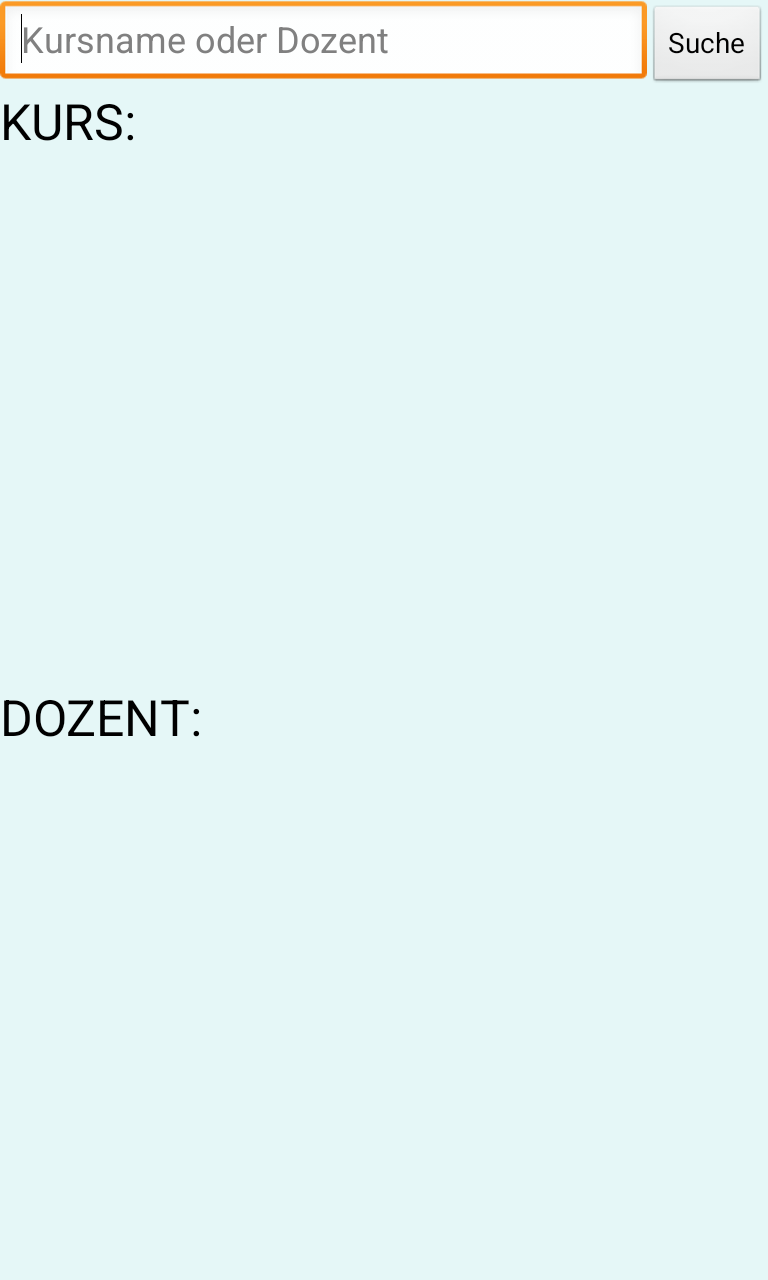
Repository: georgleber/IliConnect
Layout: IliConnect/res/layout/suche_layout.xml
These files come from the project's save history. The layout is drawn as it stood at one moment and after the next save; the edit follows.
It is drawn on a 768 x 1280 px phone screen (xhdpi) without system bars, with theme AppTheme; the app's code is not run. Lists and similar views that code fills are empty.

Above is the layout before, as saved 2012-12-18 23:25:08.

After the next save:
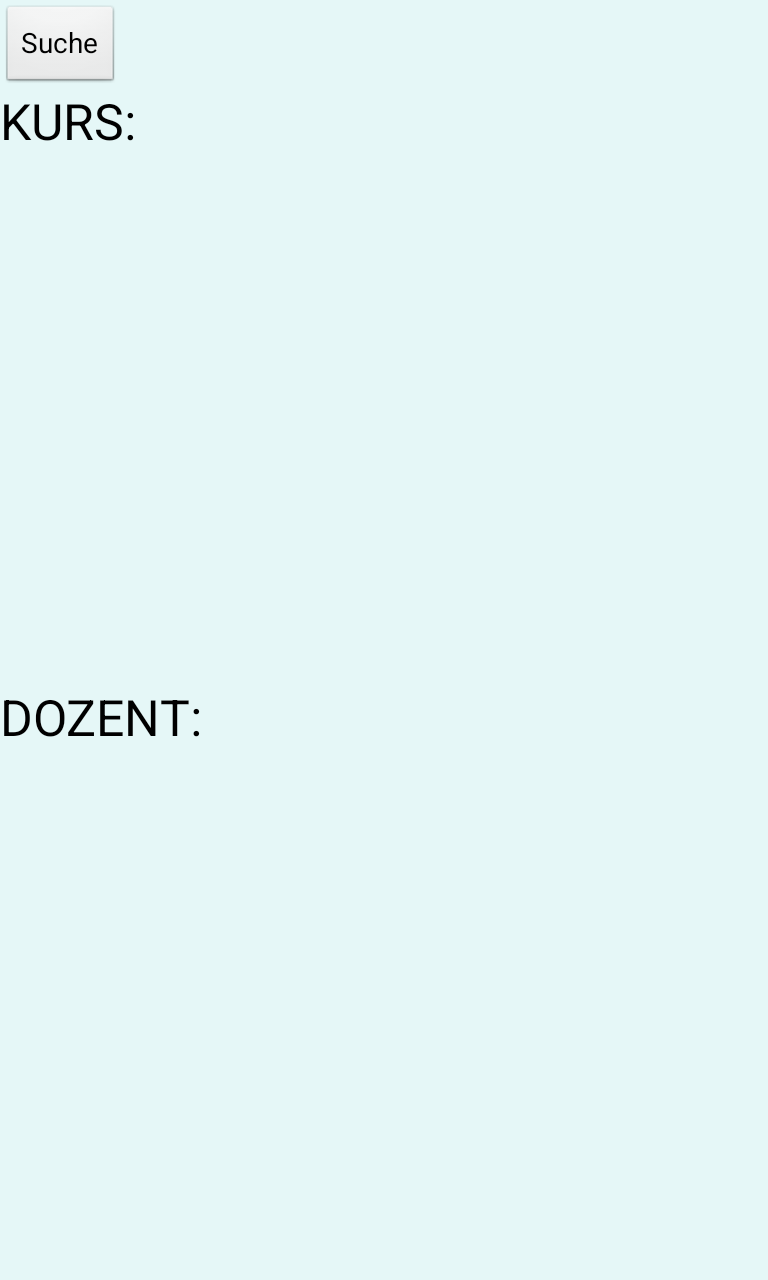
Saved 2 min 19 s later.
--- a/IliConnect/res/layout/suche_layout.xml
+++ b/IliConnect/res/layout/suche_layout.xml
@@ -15,7 +15,7 @@
             android:id="@+id/editText1"
             android:layout_width="0dp"
             android:layout_height="wrap_content"
-            android:layout_weight="1.51"
+
             android:ems="10"
             android:hint="@string/search_string"
             android:singleLine="true" >
@@ -39,7 +39,7 @@
         <LinearLayout
             android:layout_width="wrap_content"
             android:layout_height="wrap_content"
-            android:layout_weight="0.3"
+            android:layout_weight="0.5"
             android:orientation="vertical" >
 
             <TextView
@@ -54,7 +54,7 @@
                 android:id="@+id/kurs_list"
                 style="@style/ListView"
                 android:layout_width="fill_parent"
-                android:layout_height="match_parent" >
+                android:layout_height="fill_parent" >
 
             </ListView>
         </LinearLayout>
@@ -62,7 +62,7 @@
         <LinearLayout
             android:layout_width="wrap_content"
             android:layout_height="wrap_content"
-            android:layout_weight="0.3"
+            android:layout_weight="0.5"
             android:orientation="vertical" >
 
             <TextView

After the save that followed:
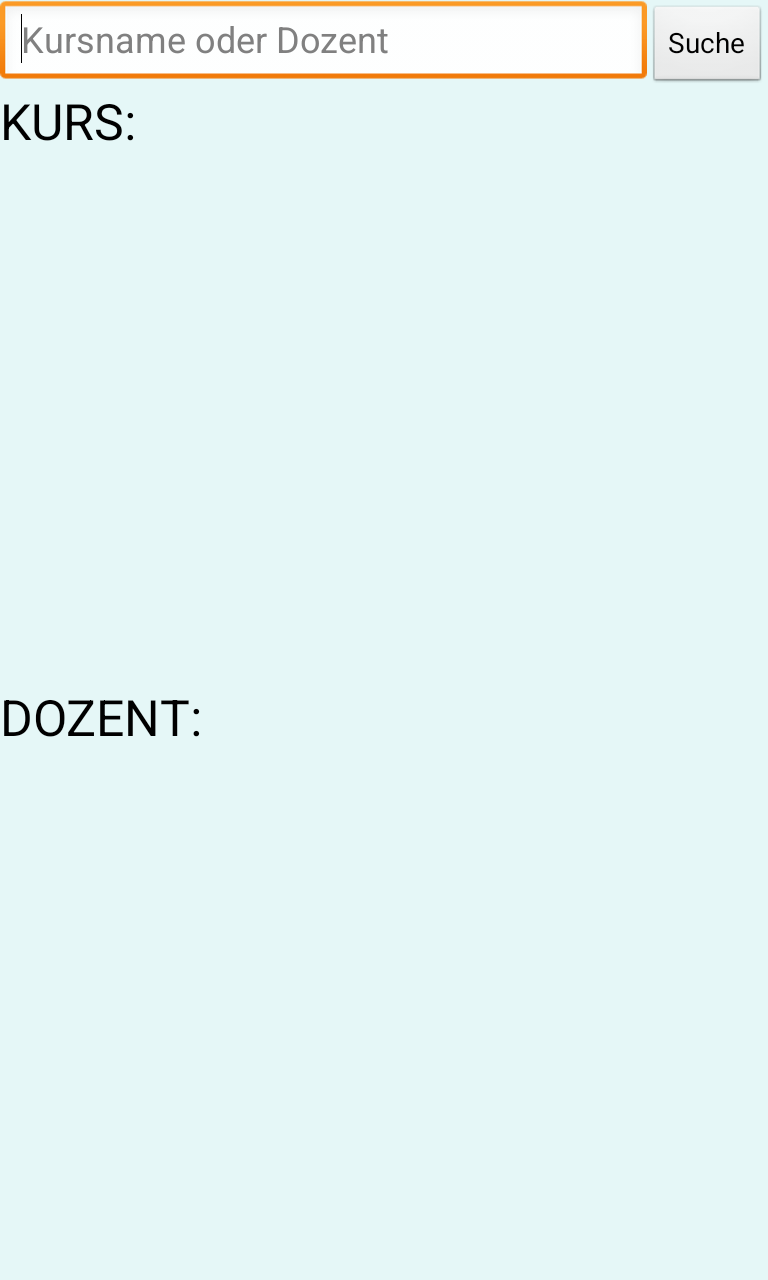
Saved 8 s later.
--- a/IliConnect/res/layout/suche_layout.xml
+++ b/IliConnect/res/layout/suche_layout.xml
@@ -15,7 +15,7 @@
             android:id="@+id/editText1"
             android:layout_width="0dp"
             android:layout_height="wrap_content"
-
+            android:layout_weight="1.51"
             android:ems="10"
             android:hint="@string/search_string"
             android:singleLine="true" >
